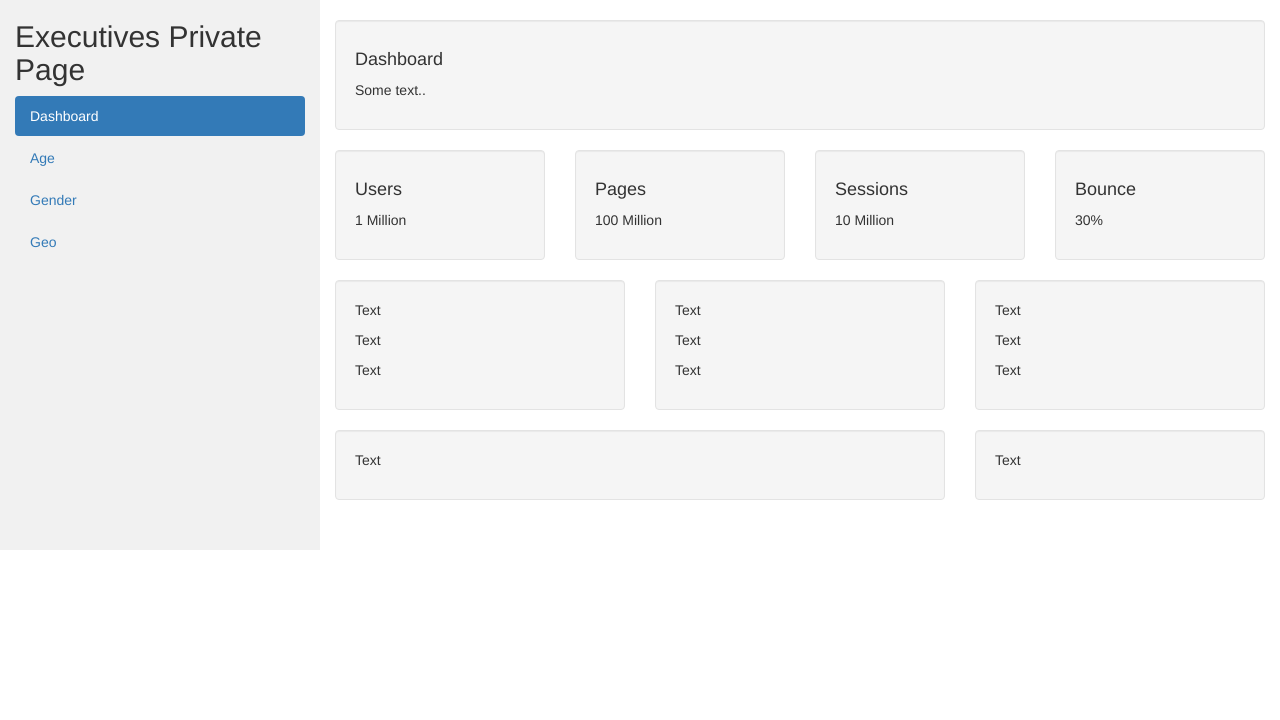
Repository: as2019a/spring
Page: http://localhost/ch19_project_mavenwebsite/WEB-INF/views/executives/maps.jsp
An editor plug-in stored every save of this project. The page is shown before and after the next save, followed by the edit.
The browser window is 1280 px wide. The pictures show the whole page.
Some web libraries are served in a nearby version. The page is served by Tomcat 9. Nobody is signed in. Other server files are loaded and not shown. The template is opened directly, without the code that normally fills it, so the values that code supplies are empty.

Above is the page before, as saved 2019-01-29 08:36:42.

### ch19_project_mavenwebsite/src/main/webapp/WEB-INF/views/executives/maps.jsp
<%@ page language="java" contentType="text/html; charset=UTF-8"
    pageEncoding="UTF-8"%>
<%@ taglib prefix="c" uri="http://java.sun.com/jsp/jstl/core" %>
<!DOCTYPE html>
<html>
<head>
<meta charset="UTF-8">
<meta name="viewport"
 	  content="width=device-width, initial-scale=1">
<title>Executives Web Page</title>
<link href="https://maxcdn.bootstrapcdn.com/bootstrap/3.3.2/css/bootstrap.min.css" rel="stylesheet">
<link rel="stylesheet" href="https://use.fontawesome.com/releases/v5.5.0/css/all.css">
<style>
    /* Set height of the grid so .sidenav can be 100% (adjust as needed) */
    .row.content {height: 550px}

    /* Set gray background color and 100% height */
    .sidenav {
      background-color: #f1f1f1;
      height: 100%;
    }

    /* On small screens, set height to 'auto' for the grid */
    @media screen and (max-width: 767px) {
      .row.content {height: auto;}
    }
  </style>
</head>
<body>
	<nav class="navbar navbar-inverse visible-xs">
	  <div class="container-fluid">
	    <div class="navbar-header">
	      <button type="button" class="navbar-toggle" data-toggle="collapse" data-target="#myNavbar">
	        <span class="icon-bar"></span>
	        <span class="icon-bar"></span>
	        <span class="icon-bar"></span>
	      </button>
	      <a class="navbar-brand" href="#">Logo</a>
	    </div>
	    <div class="collapse navbar-collapse" id="myNavbar">
	      <ul class="nav navbar-nav">
	        <li class="active"><a href="#">Dashboard</a></li>
	        <li><a href="#">Age</a></li>
	        <li><a href="#">Gender</a></li>
	        <li><a href="#">Geo</a></li>
	      </ul>
	    </div>
	  </div>
	</nav>

	<div class="container-fluid">
	  <div class="row content">
	    <div class="col-sm-3 sidenav hidden-xs">
	      <h2>Executives Private Page</h2>
	      <ul class="nav nav-pills nav-stacked">
	        <li class="active"><a href="#section1">Dashboard</a></li>
	        <li><a href="#section2">Age</a></li>
	        <li><a href="#section3">Gender</a></li>
	        <li><a href="#section3">Geo</a></li>
	      </ul><br>
	    </div>
	    <br>

	    <div class="col-sm-9">
	      <div class="well">
	        <h4>Dashboard</h4>
	        <p>Some text..</p>
	      </div>
	      <div class="row">
	        <div class="col-sm-3">
	          <div class="well">
	            <h4>Users</h4>
	            <p>1 Million</p>
	          </div>
	        </div>
	        <div class="col-sm-3">
	          <div class="well">
	            <h4>Pages</h4>
	            <p>100 Million</p>
	          </div>
	        </div>
	        <div class="col-sm-3">
	          <div class="well">
	            <h4>Sessions</h4>
	            <p>10 Million</p>
	          </div>
	        </div>
	        <div class="col-sm-3">
	          <div class="well">
	            <h4>Bounce</h4>
	            <p>30%</p>
	          </div>
	        </div>
	      </div>
	      <div class="row">
	        <div class="col-sm-4">
	          <div class="well">
	            <p>Text</p>
	            <p>Text</p>
	            <p>Text</p>
	          </div>
	        </div>
	        <div class="col-sm-4">
	          <div class="well">
	            <p>Text</p>
	            <p>Text</p>
	            <p>Text</p>
	          </div>
	        </div>
	        <div class="col-sm-4">
	          <div class="well">
	            <p>Text</p>
	            <p>Text</p>
	            <p>Text</p>
	          </div>
	        </div>
	      </div>
	      <div class="row">
	        <div class="col-sm-8">
	          <div class="well">
	            <p>Text</p>
	          </div>
	        </div>
	        <div class="col-sm-4">
	          <div class="well">
	            <p>Text</p>
	          </div>
	        </div>
	      </div>
	    </div>
	  </div>
	</div>
	<script src="https://code.jquery.com/jquery-3.3.1.min.js"></script>
	<script src="https://maxcdn.bootstrapcdn.com/bootstrap/3.3.2/js/bootstrap.min.js"></script>
</body>
</html>

After the next save:
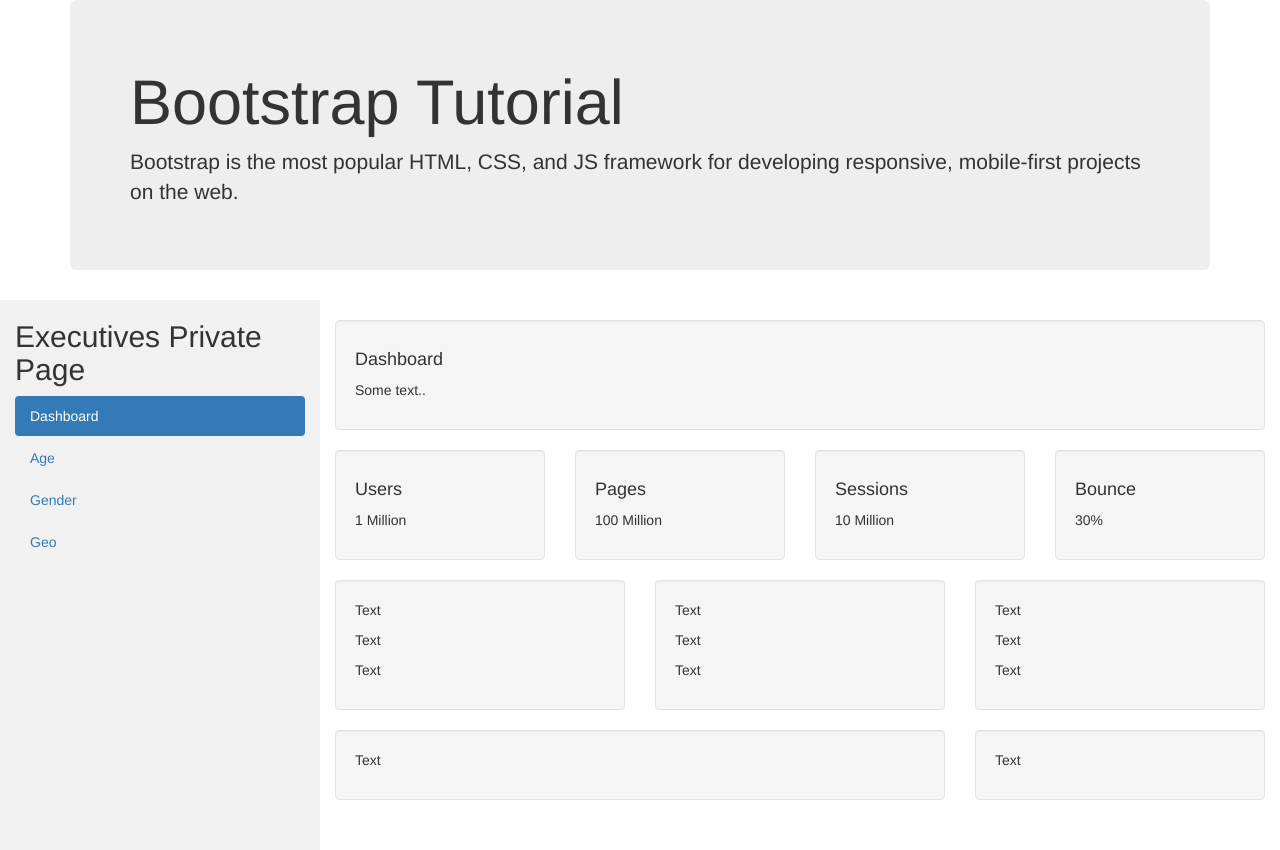
Saved 3 min 25 s later.
--- a/ch19_project_mavenwebsite/src/main/webapp/WEB-INF/views/executives/maps.jsp
+++ b/ch19_project_mavenwebsite/src/main/webapp/WEB-INF/views/executives/maps.jsp
@@ -27,6 +27,12 @@
   </style>
 </head>
 <body>
+	<div class="container">
+	  <div class="jumbotron">
+	    <h1>Bootstrap Tutorial</h1>
+	    <p>Bootstrap is the most popular HTML, CSS, and JS framework for developing responsive, mobile-first projects on the web.</p>
+	  </div>
+	</div>
 	<nav class="navbar navbar-inverse visible-xs">
 	  <div class="container-fluid">
 	    <div class="navbar-header">
